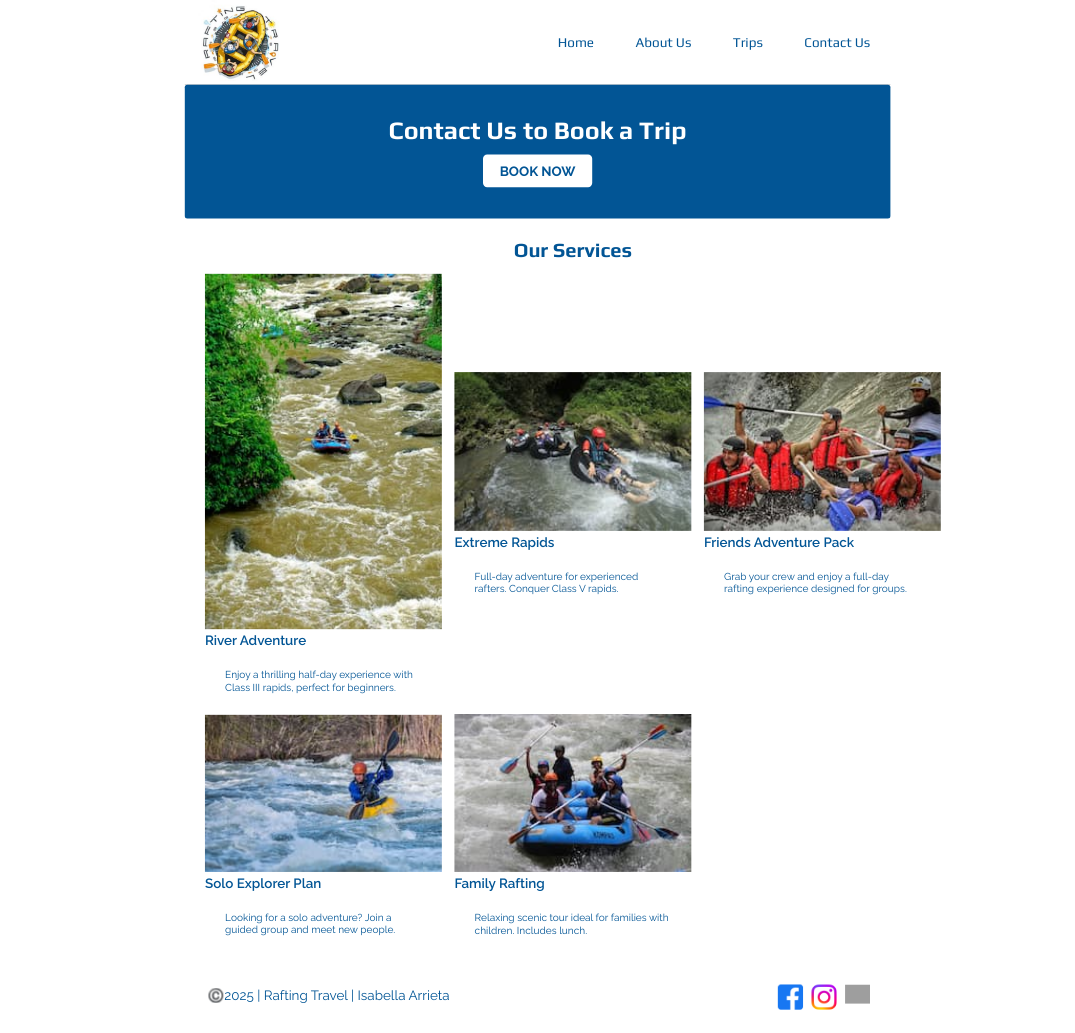
Repository: isaAJ05/wdd130
Page: wwr/trips.html
An editor plug-in stored every save of this project. The page is shown before and after the next save, followed by the edit.
The browser window is 1280 px wide. The pictures show the whole page, at 84% of full size.
Pictures or frames that could not be fetched are drawn as grey boxes.

Above is the page before, as saved 2025-06-16 23:28:44.

After the next save:
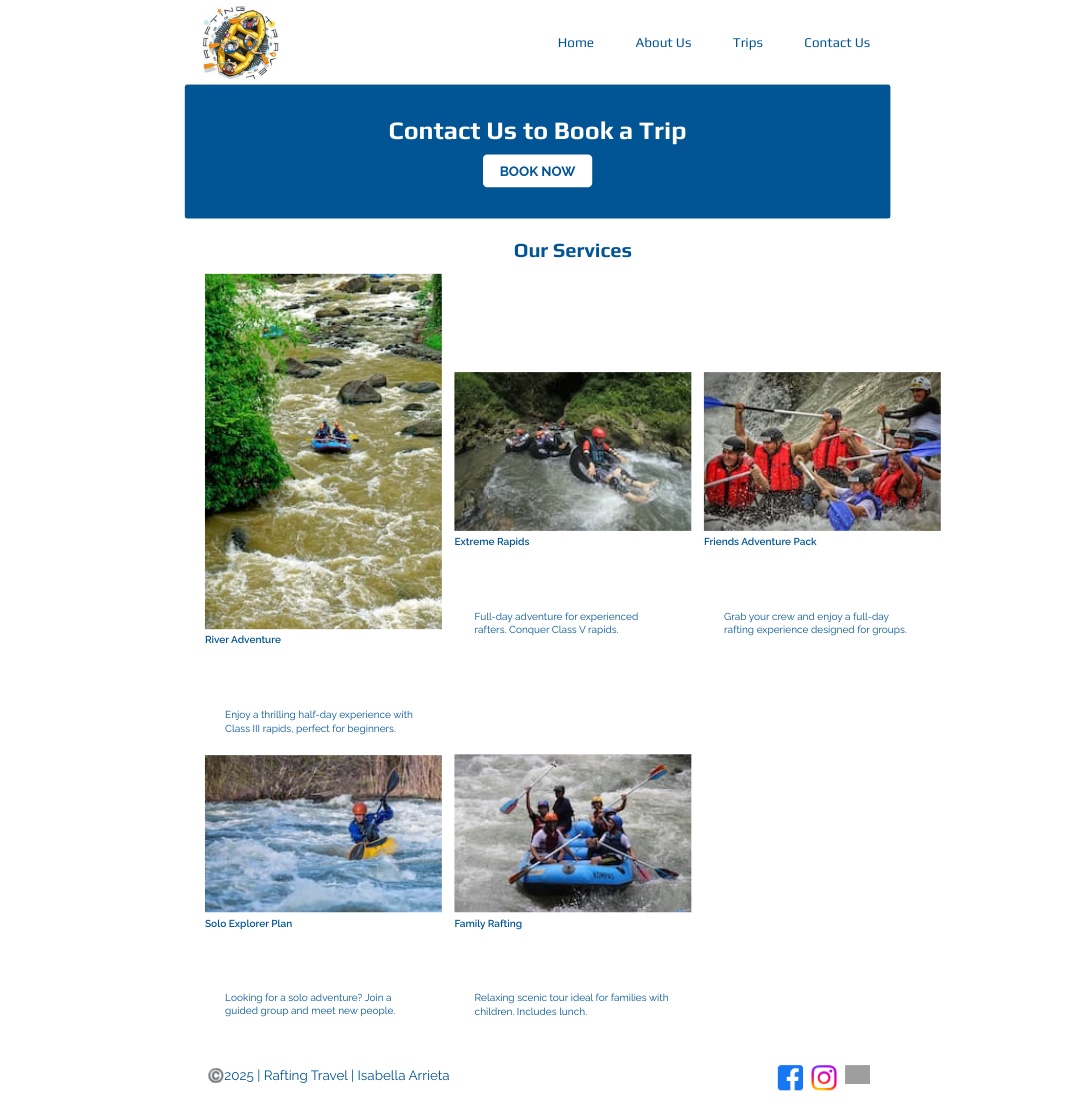
Saved 15 s later.
--- a/wwr/styles/rafting.css
+++ b/wwr/styles/rafting.css
@@ -542,8 +542,14 @@ input[type="radio"]{
     height: auto;
 }
 .services figcaption {
-    text-align: left;
+    width: 250px;
+	height: 67px;
+	color: #025595;
+	font-family: "Raleway";
 	font-weight: 600;
+	font-size: 12px;
+	line-height: 1.5;
+	text-align: left;
 }
 .services p {
 	width: 250px;
